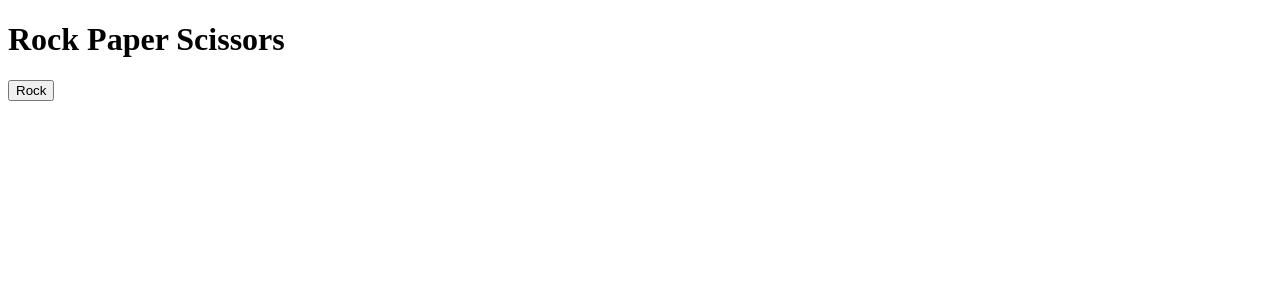
Repository: pgyunknown/Rock_paper_scissors-
Page: index.html
An editor plug-in stored every save of this project. The page is shown before and after a run of saves, followed by the edit.
The browser window is 1280 px wide. The pictures show the whole page.

Above is the page before, as saved 2024-08-19 22:32:37.
Console error (its wording comes from the project's code and is left out).

After the next 2 saves:
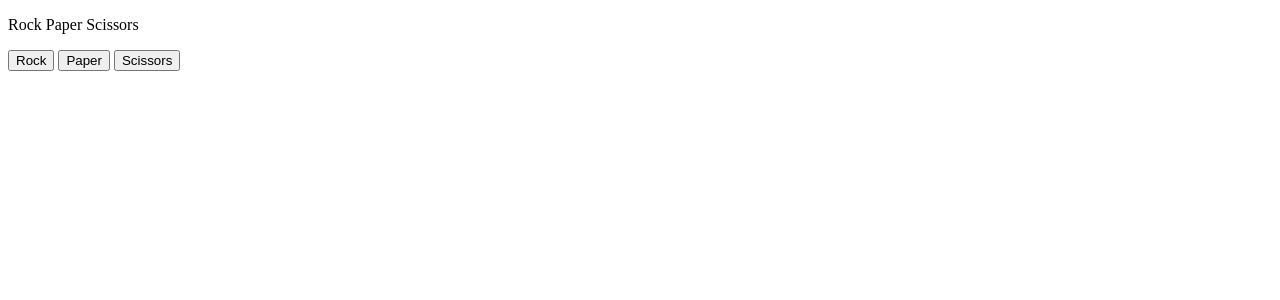
The error is gone.
The 2 saves are shown as one change because they came seconds apart.
The last was saved 20 s later.
--- a/index.html
+++ b/index.html
@@ -1,35 +1,91 @@
+
 <!DOCTYPE html>
-<html lang="en">
-<head>
-  <meta charset="UTF-8">
-  <meta name="viewport" content="width=device-width, initial-scale=1.0">
-  <title>Document</title>
-</head>
-<body>
-  <script></script>
-  <h1>Rock Paper Scissors</h1>
+<html>
+  <head>
+    <title>Rock Paper Scissors</title>
+  </head>
+  <body>
+    <p>Rock Paper Scissors</p>
+    <button onclick="
+      const randomNumber = Math.random();
 
-  <button onclick="
-  const randomNumber=Math.random()
-    let computerMove='';
-    if(randomNumber>=0 && randomNumber< 1/3){
-      computerMove='Rock';
-    }if(randomNumber>=1/3 && randomNumber< 2/3){
-      computerMove='Paper';
-    }if(randomNumber>=2/3 && randomNumber< 1){
-      computerMove='Scissors';
-    }
+      let computerMove = '';
 
-    let result='';
-    if(computerMove==='Rock'){
-      result='Tie';
-    }else if(computerMove==='Paper'){
-      result='Loose';
-    }else(computerMove==='Scissors'){
-      result='Win';
-    }
+      if (randomNumber >= 0 && randomNumber < 1 / 3) {
+        computerMove = 'rock';
+      } else if (randomNumber >= 1 / 3 && randomNumber < 2 / 3) {
+        computerMove = 'paper';
+      } else if (randomNumber >= 2 / 3 && randomNumber < 1) {
+        computerMove = 'scissors';
+      }
 
-    alert(`You picked rock. Computer picked ${computerMove}. ${result}`);
-  ">Rock</button>
-</body>
+      let result = '';
+
+      if (computerMove === 'rock') {
+        result = 'Tie.';
+      } else if (computerMove === 'paper') {
+        result = 'You lose.';
+      } else if (computerMove === 'scissors') {
+        result = 'You win.';
+      }
+
+      alert(`You picked rock. Computer picked ${computerMove}. ${result}`);
+    ">Rock</button>
+
+    <button onclick="
+      const randomNumber = Math.random();
+
+      let computerMove = '';
+
+      if (randomNumber >= 0 && randomNumber < 1 / 3) {
+        computerMove = 'rock';
+      } else if (randomNumber >= 1 / 3 && randomNumber < 2 / 3) {
+        computerMove = 'paper';
+      } else if (randomNumber >= 2 / 3 && randomNumber < 1) {
+        computerMove = 'scissors';
+      }
+
+      let result = '';
+
+      if (computerMove === 'rock') {
+        result = 'You win.';
+      } else if (computerMove === 'paper') {
+        result = 'Tie.';
+      } else if (computerMove === 'scissors') {
+        result = 'You lose.';
+      }
+
+      alert(`You picked paper. Computer picked ${computerMove}. ${result}`);
+    ">Paper</button>
+
+    <button onclick="
+      const randomNumber = Math.random();
+
+      let computerMove = '';
+
+      if (randomNumber >= 0 && randomNumber < 1 / 3) {
+        computerMove = 'rock';
+      } else if (randomNumber >= 1 / 3 && randomNumber < 2 / 3) {
+        computerMove = 'paper';
+      } else if (randomNumber >= 2 / 3 && randomNumber < 1) {
+        computerMove = 'scissors';
+      }
+
+      let result = '';
+
+      if (computerMove === 'rock') {
+        result = 'You lose.';
+      } else if (computerMove === 'paper') {
+        result = 'You win.';
+      } else if (computerMove === 'scissors') {
+        result = 'Tie.';
+      }
+
+      alert(`You picked scissors. Computer picked ${computerMove}. ${result}`);
+    ">Scissors</button>
+
+    <script>
+
+    </script>
+  </body>
 </html>
